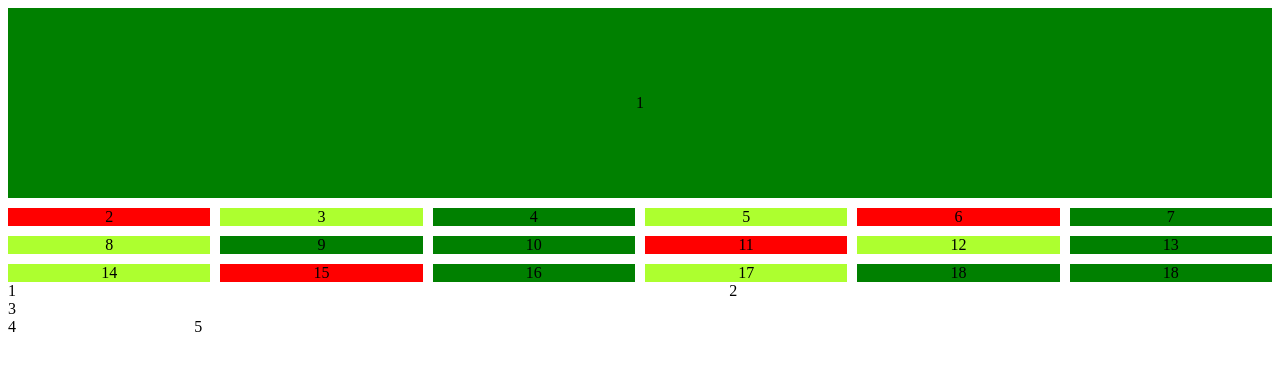
Repository: motiejus1/09-paskaita-05.31
Page: index.html
The author's editor kept a copy of each file at every save. The page is drawn from the files as they stood at one save, then again after the next save.
The browser window is 1280 px wide. The pictures show the whole page.

Above is the page before, as saved 2021-06-15 20:06:04.

After the next save:
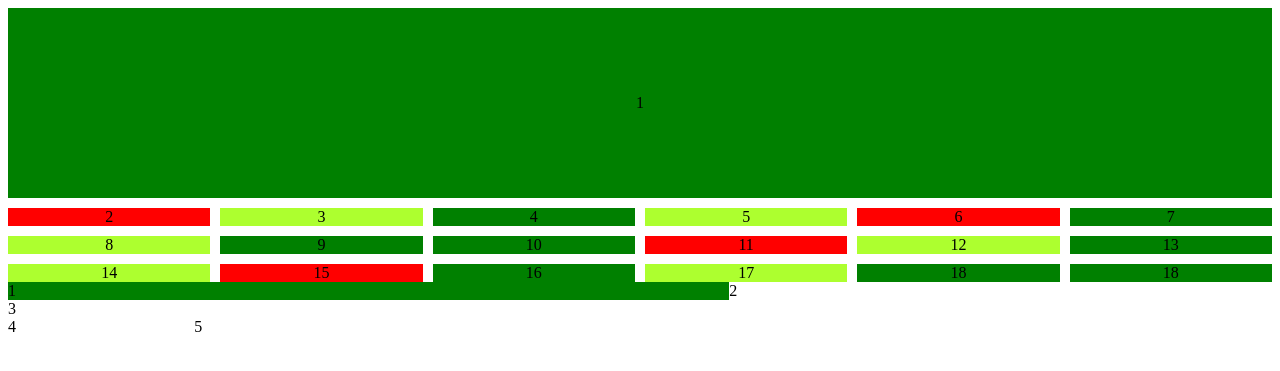
Saved 2 min 31 s later.
--- a/index.html
+++ b/index.html
@@ -111,7 +111,7 @@
     </div>
 
     <div class="grid-container-1">
-        <div class="grid-element-1">1</div>
+        <div class="grid-element-1 zalia">1</div>
         <div class="grid-element-2">2</div>
         <div class="grid-element-3">3</div>
         <div class="grid-element-4">4</div>
